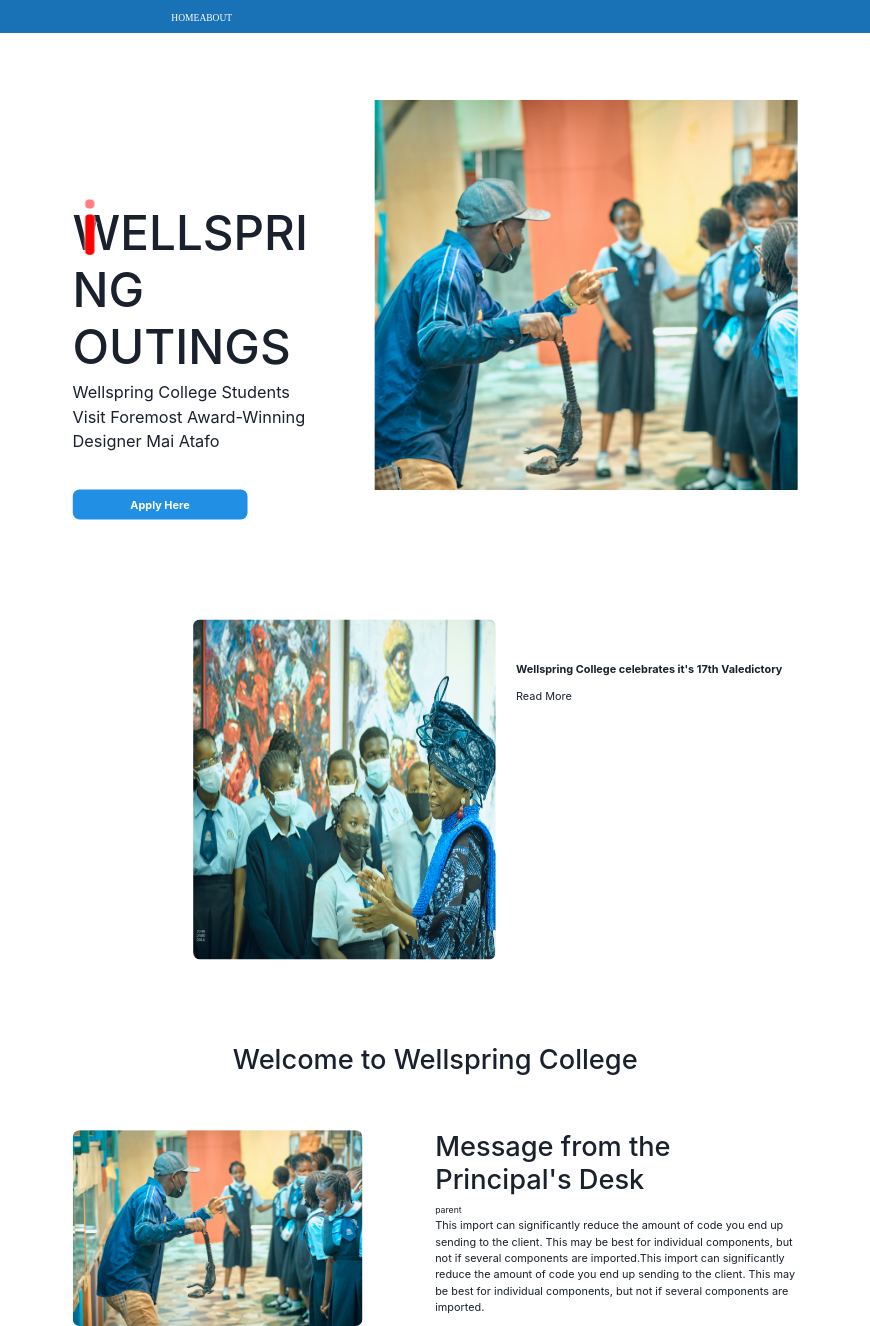
Repository: gr8skills/wellspring-school-forked
Page: /
The author's editor kept a copy of each file at every save. The page is drawn from the files as they stood at one save, then again after the next save.
The browser window is 1280 px wide. The pictures show the whole page, at 68% of full size.
The project was rebuilt for these pictures with package versions that can differ from the ones it lists, and the page was loaded fresh each time. Also part of the build but not shown: src/components/Navbar/Dropdown.scss, src/components/Navbar/Dropdown.js, src/components/Calendar/Calendar.js.

Above is the page before, as saved 2022-12-02 00:05:34.

After the next save:
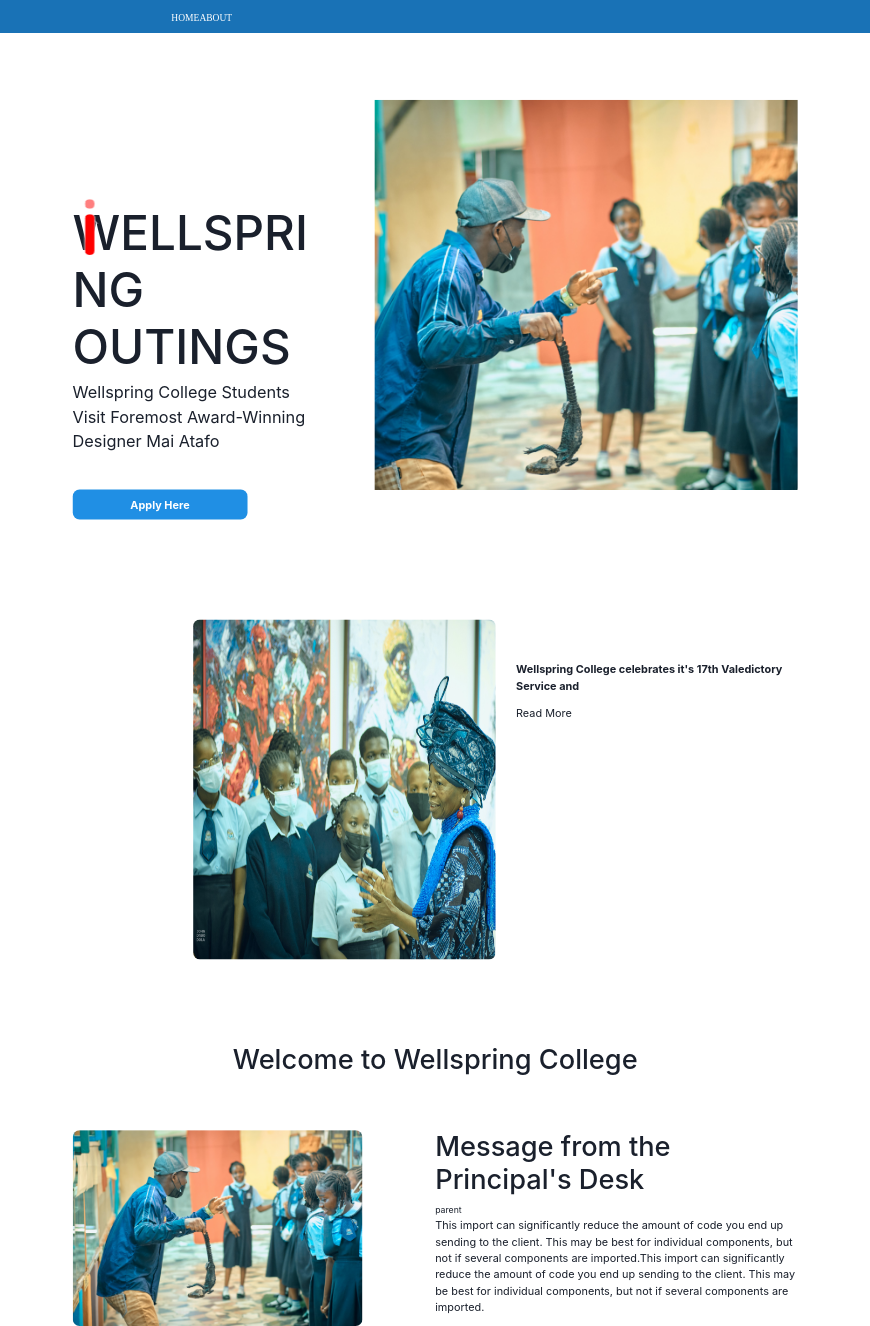
Saved 7 s later.
--- a/src/pages/Home/Home.js
+++ b/src/pages/Home/Home.js
@@ -60,7 +60,7 @@
             </Carousel>
             <AppButton text="Apply Here" />
             {/* <Calendar month="Nov" day="10" year="2022" event="Open Day" time="10:00am-3:00pm"/> */}
-            <News date="August 29th, 2022" message="Wellspring College celebrates it's 17th Valedictory"/>
+            <News date="August 29th, 2022" message="Wellspring College celebrates it's 17th Valedictory Service and "/>
           </div>
         </div>
         <div className="col-md-12 welcome-message-title">
